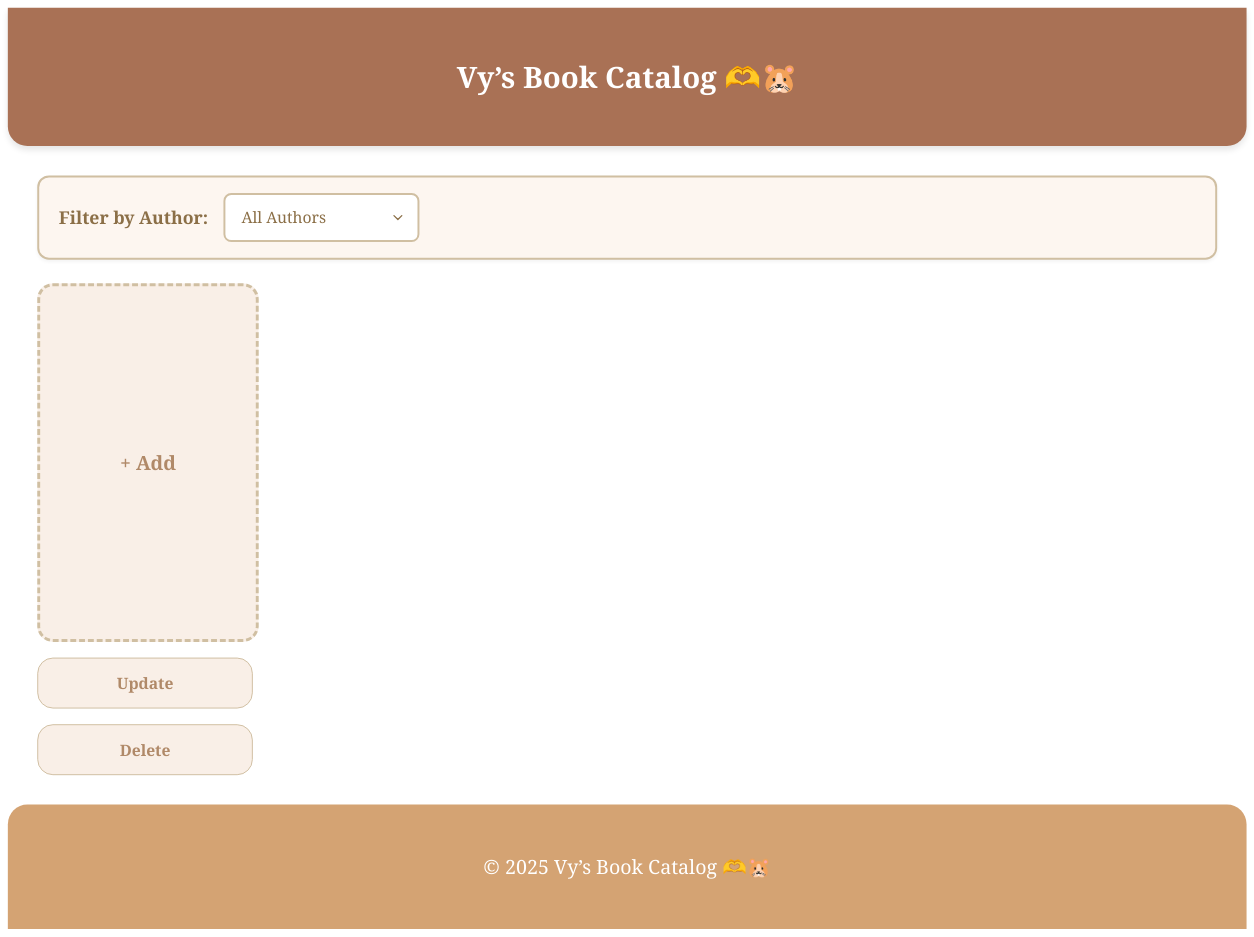
Repository: CucVyTrinh/book-catalog-v6
Page: /
These files come from the project's save history. The page is drawn as it stood at one moment and after a run of saves; the edit follows.
The browser window is 1280 px wide. The pictures show the whole page, at 98% of full size.
The project was rebuilt for these pictures with package versions that can differ from the ones it lists, and the page was loaded fresh each time. Also part of the build but not shown: vite.config.js, src/index.css, src/components/Book.jsx, src/components/AddBookModal.jsx, src/components/EditBookModal.jsx.

Above is the page before, as saved 2025-10-26 22:39:20.

### index.html
<!doctype html>
<html lang="en">
  <head>
    <meta charset="UTF-8" />
    <link rel="icon" type="image/svg+xml" href="/vite.svg" />
    <meta name="viewport" content="width=device-width, initial-scale=1.0" />
    <title>book-catalog-v4</title>
  </head>
  <body>
    <div id="root"></div>
    <script type="module" src="/src/main.jsx"></script>
  </body>
</html>

### src/App.jsx
import React, { useState, useEffect } from "react";
import "./App.css";

import Header from "./components/Header";
import Footer from "./components/Footer";
import LeftColumn from "./components/LeftColumn";
import BooksGrid from "./components/BooksGrid";
import AddBookModal from "./components/AddBookModal";
import EditBookModal from "./components/EditBookModal";
import FilterSection from "./components/FilterSection";

export default function App() {
  // Start empty to meet requirement: "The app should be empty of books initially."
  const [books, setBooks] = useState([]);

  const [showModal, setShowModal] = useState(false);
  const [showEditModal, setShowEditModal] = useState(false);
  const [selectedAuthor, setSelectedAuthor] = useState("");

  // Form matches the required fields in your screenshot
  const [form, setForm] = useState({
    title: "",
    author: "",
    publisher: "",
    year: "",
    language: "",
    pages: "",
    coverUrl: "",
  });

  // Load books from localStorage on component mount
  useEffect(() => {
    const savedBooks = localStorage.getItem('books');
    if (savedBooks) {
      setBooks(JSON.parse(savedBooks));
    }
  }, []);

  // Save books to localStorage whenever books change
  useEffect(() => {
    localStorage.setItem('books', JSON.stringify(books));
  }, [books]);

  const handleSelect = (clickedBook) => {
    setBooks((prev) =>
      prev.map((b) =>
        b.title === clickedBook.title
          ? { ...b, selected: !b.selected }
          : { ...b, selected: false }
      )
    );
  };

  const handleDelete = () => {
    setBooks((prev) => prev.filter((b) => !b.selected));
  };

  const handleAddBook = (e) => {
    e.preventDefault();

    const yearNum =
      String(form.year).trim() === "" ? null : Number(String(form.year).trim());
    const pagesNum =
      String(form.pages).trim() === "" ? null : Number(String(form.pages).trim());

    const newBook = {
      title: form.title.trim(),
      author: form.author.trim(),
      publisher: form.publisher.trim(),
      year: yearNum,
      language: form.language.trim(),
      pages: pagesNum,
      coverUrl:
        form.coverUrl?.trim() || "https://via.placeholder.com/150?text=Book+Cover",
      selected: false,
    };

    setBooks((prev) => [...prev, newBook]);

    setForm({
      title: "",
      author: "",
      publisher: "",
      year: "",
      language: "",
      pages: "",
      coverUrl: "",
    });
    setShowModal(false);
  };

  const handleUpdate = () => {
    const selectedBook = books.find(book => book.selected);
    if (selectedBook) {
      setForm({
        title: selectedBook.title,
        author: selectedBook.author,
        publisher: selectedBook.publisher || "",
        year: selectedBook.year || "",
        language: selectedBook.language || "",
        pages: selectedBook.pages || "",
        coverUrl: selectedBook.coverUrl || "",
      });
      setShowEditModal(true);
    } else {
      alert("Please select a book to edit");
    }
  };

  const handleEditBook = (e) => {
    e.preventDefault();

    const yearNum =
      String(form.year).trim() === "" ? null : Number(String(form.year).trim());
    const pagesNum =
      String(form.pages).trim() === "" ? null : Number(String(form.pages).trim());

    const updatedBook = {
      title: form.title.trim(),
      author: form.author.trim(),
      publisher: form.publisher.trim(),
      year: yearNum,
      language: form.language.trim(),
      pages: pagesNum,
      coverUrl:
        form.coverUrl?.trim() || "https://via.placeholder.com/150?text=Book+Cover",
      selected: false,
    };

    setBooks((prev) =>
      prev.map((book) => (book.selected ? updatedBook : book))
    );

    setForm({
      title: "",
      author: "",
      publisher: "",
      year: "",
      language: "",
      pages: "",
      coverUrl: "",
    });
    setShowEditModal(false);
  };

  const handleAuthorFilterChange = (author) => {
    setSelectedAuthor(author);
  };

  // Get unique authors for filter dropdown
  const authors = [...new Set(books.map(book => book.author))].sort();

  // Filter books based on selected author
  const filteredBooks = selectedAuthor
    ? books.filter(book => book.author === selectedAuthor)
    : books;

  return (
    <div style={{ display: "flex", flexDirection: "column", minHeight: "100vh" }}>
      <Header title="Vy’s Book Catalog 🫶🐹" />
      <main style={{ flex: 1, padding: "30px" }}>
        <FilterSection
          authors={authors}
          selectedAuthor={selectedAuthor}
          onAuthorFilterChange={handleAuthorFilterChange}
        />
        <div className="main-layout">
          <LeftColumn
            onOpenAdd={() => setShowModal(true)}
            onUpdate={handleUpdate}
            onDelete={handleDelete}
          />
          <BooksGrid books={filteredBooks} onSelect={handleSelect} />
        </div>
      </main>
      <Footer />

      <AddBookModal
        open={showModal}
        form={form}
        setForm={setForm}
        onClose={() => setShowModal(false)}
        onSubmit={handleAddBook}
      />

      <EditBookModal
        open={showEditModal}
        form={form}
        setForm={setForm}
        onClose={() => setShowEditModal(false)}
        onSubmit={handleEditBook}
      />
    </div>
  );
}

### src/App.css
/* ===== Global Font ===== */
* {
    font-family: 'Georgia', 'Times New Roman', serif;
}

/* ===== Filter Section Horizontal ===== */
.filter-section-horizontal {
    display: flex;
    align-items: center;
    gap: 16px;
    margin-bottom: 24px;
    padding: 16px 20px;
    background: #fdf6f0;
    border-radius: 12px;
    border: 2px solid #d0bfa2;
    box-shadow: 0 2px 4px rgba(0, 0, 0, 0.05);
}

.filter-label-horizontal {
    font-size: 18px;
    font-weight: bold;
    color: #8b6f47;
    margin: 0;
    white-space: nowrap;
}

.filter-dropdown-horizontal {
    padding: 12px 16px;
    font-size: 16px;
    border-radius: 8px;
    border: 2px solid #d0bfa2;
    background: #fff;
    color: #8b6f47;
    cursor: pointer;
    transition: all 0.2s ease;
    appearance: none;
    background-image: url("data:[embedded picture, 255 characters]");
    background-repeat: no-repeat;
    background-position: right 12px center;
    background-size: 16px;
    padding-right: 40px;
    min-width: 200px;
}

.filter-dropdown-horizontal:hover {
    border-color: #b08968;
    background-color: #f9efe7;
}

.filter-dropdown-horizontal:focus {
    outline: none;
    border-color: #b08968;
    box-shadow: 0 0 0 3px rgba(176, 137, 104, 0.1);
}

/* ===== Main Layout ===== */
.main-layout {
    display: grid;
    grid-template-columns: 250px 1fr;
    gap: 20px;
    align-items: start;
}

/* ===== Books Grid ===== */
.books-grid {
    display: grid;
    grid-template-columns: repeat(auto-fit, minmax(250px, 1fr));
    gap: 16px;
    justify-items: start;
    align-items: start;
    margin-top: 0;
}

/* ===== Add Button ===== */
.add-button {
    display: flex;
    justify-content: center;
    align-items: center;
    border: 3px dashed #d0bfa2;
    background: #f9efe7;
    color: #b08968;
    font-size: 20px;
    font-weight: bold;
    height: 360px;
    width: 220px;
    /* match book card width */
    border-radius: 16px;
    cursor: pointer;
    transition: transform 0.2s ease, background 0.2s ease;
}

.add-button:hover {
    transform: scale(1.05);
    background: #f0e3d9;
}

/* ===== Left Column Buttons ===== */
.left-column {
    display: flex;
    flex-direction: column;
    gap: 16px;
    /* spacing between buttons */
    align-items: flex-start;
}

/* ===== Filter Section ===== */
.filter-section {
    width: 220px;
    margin-bottom: 8px;
}

.filter-label {
    display: block;
    margin-bottom: 8px;
    font-weight: bold;
    color: #8b6f47;
    font-size: 14px;
}

.filter-dropdown {
    width: 100%;
    padding: 12px;
    font-size: 14px;
    border-radius: 12px;
    border: 2px solid #d0bfa2;
    background: #fdf6f0;
    color: #8b6f47;
    cursor: pointer;
    transition: all 0.2s ease;
    appearance: none;
    background-image: url("data:[embedded picture, 255 characters]");
    background-repeat: no-repeat;
    background-position: right 12px center;
    background-size: 16px;
    padding-right: 40px;
}

.filter-dropdown:hover {
    border-color: #b08968;
    background-color: #f9efe7;
}

.filter-dropdown:focus {
    outline: none;
    border-color: #b08968;
    box-shadow: 0 0 0 3px rgba(176, 137, 104, 0.1);
}

.left-column button {
    width: 220px;
    /* match Add button width */
    padding: 14px 0;
    font-size: 16px;
    font-weight: bold;
    border-radius: 16px;
    border: 1px solid #d0bfa2;
    background: #f9efe7;
    color: #b08968;
    cursor: pointer;
    transition: all 0.2s ease;
}

.left-column button:hover {
    background: #f0e3d9;
    color: #a46d4a;
    border-color: #b08968;
}

/* ===== Modal Overlay ===== */
.modal-overlay {
    position: fixed;
    top: 0;
    left: 0;
    right: 0;
    bottom: 0;
    background: rgba(0, 0, 0, 0.5);
    display: flex;
    justify-content: center;
    align-items: center;
    z-index: 100;
    padding: 20px;
}

/* ===== Modal Form ===== */
.modal-form {
    background: #fff;
    padding: 40px;
    border-radius: 20px;
    display: flex;
    flex-direction: column;
    gap: 18px;
    min-width: 450px;
    max-width: 90vw;
    box-shadow: 0 8px 20px rgba(0, 0, 0, 0.3);
}

.modal-form h2 {
    text-align: center;
    font-size: 28px;
    margin-bottom: 16px;
}

.modal-form input {
    padding: 12px;
    font-size: 16px;
    border-radius: 8px;
    border: 1px solid #ccc;
}

.modal-form button {
    padding: 12px;
    font-size: 18px;
    font-weight: bold;
    border-radius: 10px;
    border: none;
    background-color: #d68d5c;
    color: white;
    cursor: pointer;
    transition: all 0.2s ease;
}

.modal-form button:hover {
    background-color: #edc3a5;
}

/* ===== Book Card ===== */
.book-card {
    width: 220px;
    height: 360px;
    border-radius: 16px;
    padding: 16px;
    display: flex;
    flex-direction: column;
    justify-content: space-between;
    align-items: center;
    background: #fdf6f0;
    box-shadow: 0 4px 8px rgba(0, 0, 0, 0.08);
    position: relative;
    cursor: pointer;
    transition: all 0.2s ease;
}

.book-card.selected {
    background: #ffe0b3;
    box-shadow: 0 0 0 3px #b08968;
}

.book-card img {
    max-width: 100%;
    max-height: 140px;
    object-fit: contain;
}

.book-card h3 {
    font-size: 15px;
    font-weight: bold;
    text-align: center;
}

.book-card p {
    font-size: 13px;
    color: #8b6f47;
}

.book-card a {
    font-size: 13px;
    background: #b08968;
    color: white;
    padding: 6px 10px;
    border-radius: 8px;
    text-decoration: none;
}

.book-card button.remove-btn {
    position: absolute;
    top: 8px;
    right: 8px;
    background: #e74c3c;
    color: white;
    border: none;
    border-radius: 50%;
    width: 24px;
    height: 24px;
    cursor: pointer;
}

### src/components/Header.jsx
// src/components/Header.jsx
import React from "react";

export default function Header({ title }) {
  return (
    <header
      style={{
        padding: "50px",
        background: "#a97155",
        color: "white",
        textAlign: "center",
        borderBottomLeftRadius: "20px",
        borderBottomRightRadius: "20px",
        boxShadow: "0 4px 6px rgba(0,0,0,0.1)",
      }}
    >
      <h1 style={{ margin: 0, fontSize: "30px" }}>{title}</h1>
    </header>
  );
}

### src/components/Footer.jsx
// src/components/Footer.jsx
import React from "react";

export default function Footer() {
  return (
    <footer
      style={{
        textAlign: "center",
        padding: "50px",
        fontSize: "20px",
        background: "#d4a373",
        color: "#fff",
        borderTopLeftRadius: "20px",
        borderTopRightRadius: "20px",
        marginTop: "auto",
      }}
    >
      © {new Date().getFullYear()} Vy’s Book Catalog 🫶🐹
    </footer>
  );
}

### src/components/LeftColumn.jsx
// src/components/LeftColumn.jsx
import React from "react";

export default function LeftColumn({ onOpenAdd, onUpdate, onDelete }) {
  return (
    <div className="left-column">
      <div className="add-button" onClick={onOpenAdd}>+ Add</div>
      <button onClick={onUpdate}>Update</button>
      <button onClick={onDelete}>Delete</button>
    </div>
  );
}

### src/components/BooksGrid.jsx
// src/components/BooksGrid.jsx
import React from "react";
import Book from "./Book";

export default function BooksGrid({ books, onSelect }) {
  return (
    <div className="books-grid" style={{ display: "flex", flexWrap: "wrap", gap: "12px" }}>
      {books.map((book) => (
        <Book key={book.title} book={book} onSelect={onSelect} />
      ))}
    </div>
  );
}

### src/components/FilterSection.jsx
// src/components/FilterSection.jsx
import React from "react";

export default function FilterSection({ authors, selectedAuthor, onAuthorFilterChange }) {
  return (
    <div className="filter-section-horizontal">
      <label htmlFor="author-filter" className="filter-label-horizontal">
        Filter by Author:
      </label>
      <select
        id="author-filter"
        className="filter-dropdown-horizontal"
        value={selectedAuthor}
        onChange={(e) => onAuthorFilterChange(e.target.value)}
      >
        <option value="">All Authors</option>
        {authors.map((author) => (
          <option key={author} value={author}>
            {author}
          </option>
        ))}
      </select>
    </div>
  );
}

Loaded but not shown: src/main.jsx (common file)

After the next 2 saves:
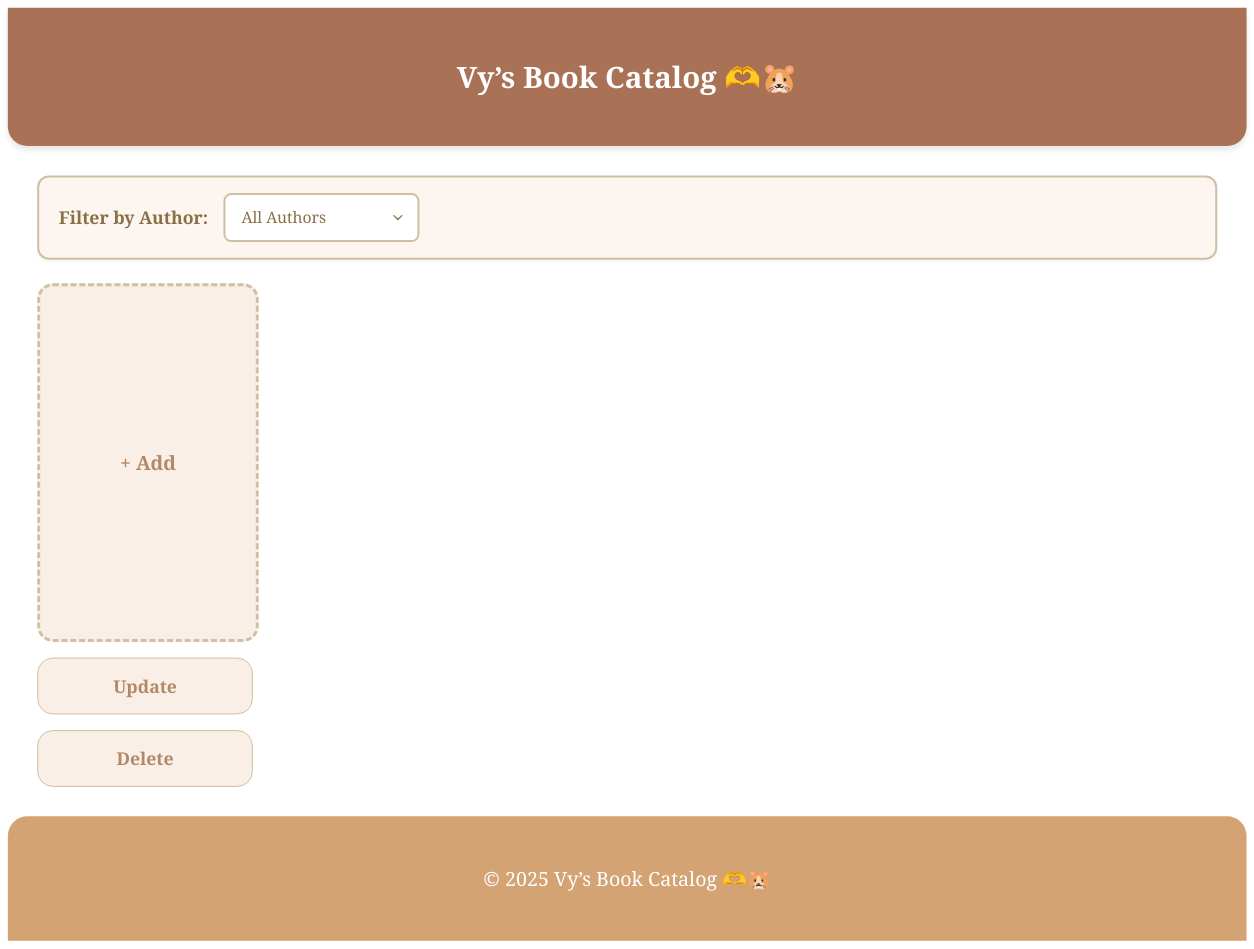
The 2 saves are shown as one change because they came seconds apart.
The last was saved 8 s later.
--- a/src/App.css
+++ b/src/App.css
@@ -149,8 +149,8 @@
 .left-column button {
     width: 220px;
     /* match Add button width */
-    padding: 14px 0;
-    font-size: 16px;
+    padding: 16px 0;
+    font-size: 18px;
     font-weight: bold;
     border-radius: 16px;
     border: 1px solid #d0bfa2;
@@ -252,14 +252,16 @@
 }
 
 .book-card h3 {
-    font-size: 15px;
+    font-size: 16px;
     font-weight: bold;
     text-align: center;
+    margin: 8px 0;
 }
 
 .book-card p {
-    font-size: 13px;
-    color: #8b6f47;
+    font-size: 14px;
+    color: #8b6f47;
+    margin: 4px 0;
 }
 
 .book-card a {
